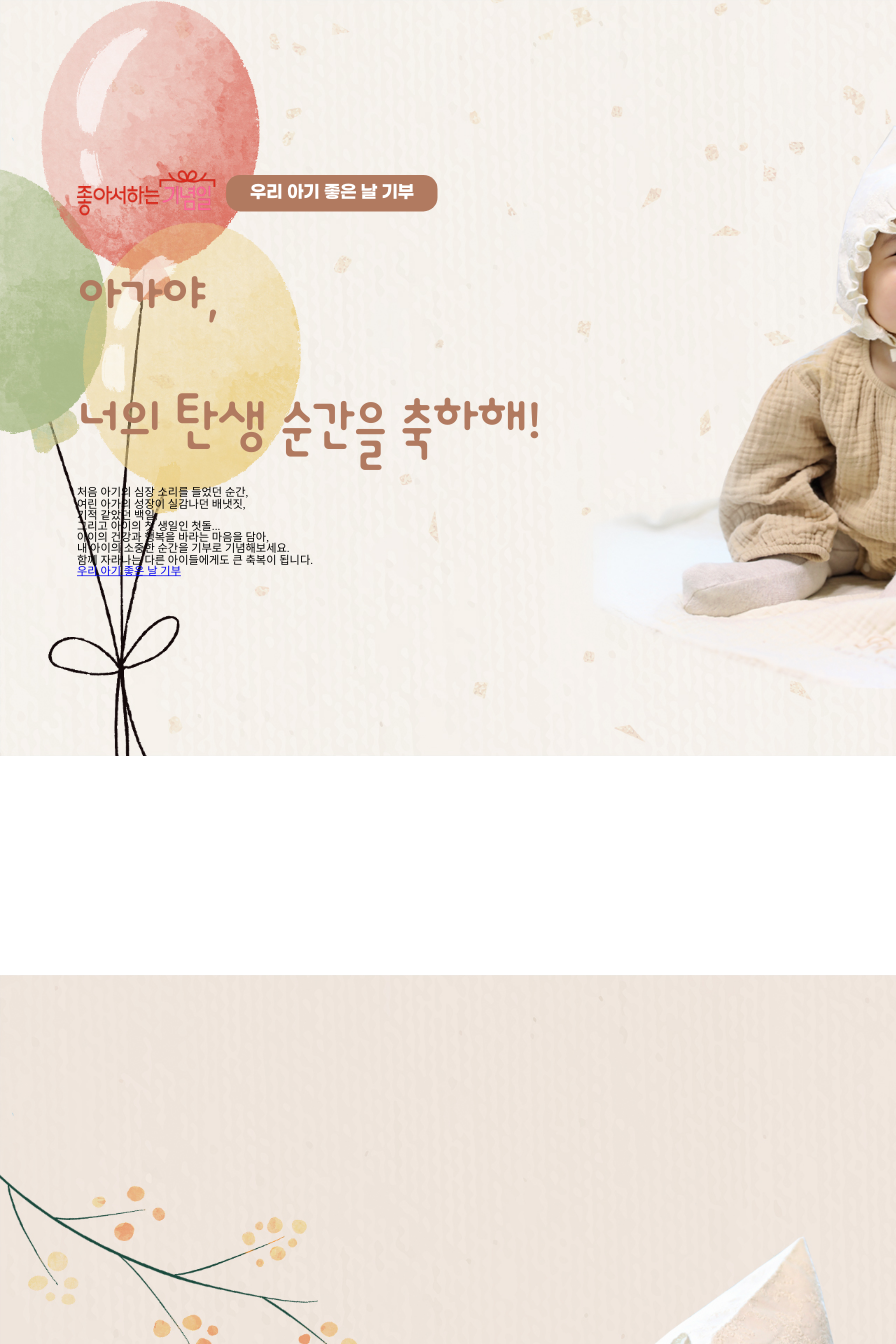
Repository: dlgywls1130/save_the_children
Page: index.html
The author's editor kept a copy of each file at every save. The page is drawn from the files as they stood at one save, then again after the next save.
The browser window is 1280 px wide. The pictures show the part of the page from y = 0 to 1920 px (the page is 5153 px tall), at 70% of full size.

Above is the page before, as saved 2023-12-12 20:55:27.

### index.html
<!DOCTYPE html>
<html lang="en">
<head>
    <meta charset="UTF-8">
    <meta name="viewport" content="width=device-width, initial-scale=1.0">
    <title>세이브더칠드런</title>

    <link rel="stylesheet" href="./css/reset.css">
    <link rel="stylesheet" href="./css/style.css">
</head>
<body>
    <div class="content_body">
        <section class="section_wrapper section01">
            <div class="se01 se_wrapper">
                <div class="se01_sub">
                    <div class="sub_logo">
                        <img src="./img/logo01.png" alt="logo">
                    </div>
                    <p>우리 아기 좋은 날 기부</p>
                </div>
                <div class="seo01_title">
                    아가야,<br>
                    너의 <span>탄생</span> 순간을 축하해!
                </div>
                <p class="section_descript">
                    처음 아기의 심장 소리를 들었던 순간,
                    <br>여린 아가의 성장이 실감나던 배냇짓,
                    <br>기적 같았던 백일,
                    <br>그리고 아이의 첫 생일인 첫돌...
                </p>
                <p class="section_descript">
                    아이의 건강과 행복을 바라는 마음을 담아,
                    <br>내 아이의 소중한 순간을 기부로 기념해보세요.
                    <br>함께 자라나는 다른 아이들에게도 큰 축복이 됩니다.
                </p>

                <a href="javascript:void(0)">우리 아기 좋은 날 기부</a>
            </div>
        </section>
        <section class="section_wrapper section02">
            <div class="se02 se_wrapper">

            </div>
        </section>
        <section class="section_wrapper section03">

        </section>
        <section class="section_wrapper section04">

        </section>
        <section class="section_wrapper section05">

        </section>
        <section class="section_wrapper section06">

        </section>
        <section class="section_wrapper section07">

        </section>
        <section class="section_wrapper section08">

        </section>
    </div>
</body>
</html>

### css/reset.css


html, body, div, span, applet, object, iframe,
h1, h2, h3, h4, h5, h6, p, blockquote, pre,
a, abbr, acronym, address, big, cite, code,
del, dfn, em, img, ins, kbd, q, s, samp,
small, strike, strong, sub, sup, tt, var,
b, u, i, center,
dl, dt, dd, ol, ul, li,
fieldset, form, label, legend,
table, caption, tbody, tfoot, thead, tr, th, td,
article, aside, canvas, details, embed,
figure, figcaption, footer, header, hgroup,
menu, nav, output, ruby, section, summary,
time, mark, audio, video {
	margin: 0;
	padding: 0;
	border: 0;
	font-size: 100%;
	font: inherit;
	vertical-align: baseline;
}

article, aside, details, figcaption, figure,
footer, header, hgroup, menu, nav, section {
	display: block;
}
body {
	line-height: 1;
}
ol, ul {
	list-style: none;
}
blockquote, q {
	quotes: none;
}
blockquote:before, blockquote:after,
q:before, q:after {
	content: '';
	content: none;
}
table {
	border-collapse: collapse;
	border-spacing: 0;
}

### css/style.css

/* root */
:root{
    --main-color:#B17A60;
}


/* font */

/* dongle */
@font-face {
    font-family: 'Dongle';
    font-weight: 300;
    src: url('../font/Dongle-Light.ttf') format('ttf'),
    url('../font/Dongle-Light.woff') format('woff');
}

@font-face {
    font-family: 'Dongle';
    font-weight: 500;
    src: url('../font/Dongle-Regular.ttf') format('ttf'),
    url('../font/Dongle-Regular.woff') format('woff');
}

@font-face {
    font-family: 'Dongle';
    font-weight: 700;
    src: url('../font/Dongle-Bold.ttf') format('ttf'),
    url('../font/Dongle-Bold.woff') format('woff');
}


/* Gmarket */
@font-face {
    font-family: 'GmarketSans';
    font-weight: 300;
    src: url('../font/GmarketSansLight.ttf') format('ttf'),
    url('../font/GmarketSansLight.woff') format('woff');
}

@font-face {
    font-family: 'GmarketSans';
    font-weight: 500;
    src: url('../font/GmarketSansMedium.ttf') format('ttf'),
    url('../font/GmarketSansMedium.woff') format('woff');
}

@font-face {
    font-family: 'GmarketSans';
    font-weight: 700;
    src: url('../font/GmarketSansBold.ttf') format('ttf'),
    url('../font/GmarketSansBold.woff') format('woff');
}


/* nanumsqure */

@font-face {
    font-family: 'NanumSquare';
    font-weight: 400;
    src: url('../font/NanumSquareL.ttf') format('ttf'),
    url('../font/NanumSquareL.woff') format('woff');
}

@font-face {
    font-family: 'NanumSquare';
    font-weight: 500;
    src: url('../font/NanumSquareR.ttf') format('ttf'),
    url('../font/NanumSquareR.woff') format('woff');
}

@font-face {
    font-family: 'NanumSquare';
    font-weight: 600;
    src: url('../font/NanumSquareB.ttf') format('ttf'),
    url('../font/NanumSquareB.woff') format('woff');
}

@font-face {
    font-family: 'NanumSquare';
    font-weight: 700;
    src: url('../font/NanumSquareEB.ttf') format('ttf'),
    url('../font/NanumSquareEB.woff') format('woff');
}



/* scdream5 */
@font-face {
    font-family: 'SCDream5';
    src: url('../font/SCDream5.woff') format('woff'),
    url('../font/SCDream5.ttf') format('ttf'),
    url('../font/SCDream5.otf') format('otf');
}


.section_wrapper{
    max-width:1920px;
    width: 100%;

}

.se_wrapper{
    max-width: 1060px;
    margin: 0 auto;
    width: 100%;
}


/* section01 */


.section01{
    height: 1080px;
    padding: 243px 0 70px;
    background: url('../img/back01.jpg') no-repeat;
}

.se01_sub{
    display: flex;
    align-items: center;
    margin-bottom: 40px;
}

.sub_logo{
    width: 198px;
    height: 65px;
    margin-right: 15px;
}

.sub_logo img{
    width: 100%;
    height: 100%;
}

.se01_sub p{
    width: 302px;
    height: 52px;
    background: #B17A60;
    border-radius: 20px;
    display: flex;
    align-items: center;
    justify-content: center;
    letter-spacing: -0.03em;
    font-size: 25px;
    font-weight: 700;
    font-family: 'GmarketSans',sans-serif;
    color: #fff;
}

.seo01_title{
    font-family: 'Dongle',sans-serif;
    font-weight: 500;
    font-size: 120px;
    color: var(--main-color);
    line-height: 174px;
    letter-spacing: -0.03em;
}

/* section02 */

.section02{
    height: 1340px;
    background: url('../img/back03.jpg') no-repeat;
}

/* section03 */

.section03{
    height: 1340px;
    background: url('../img/back04.jpg') no-repeat;
}

/* section04 */

.section04{
    height: 1080px;

}

/* section05 */

/* section06 */

/* section07 */

/* section08 */

After the next save:
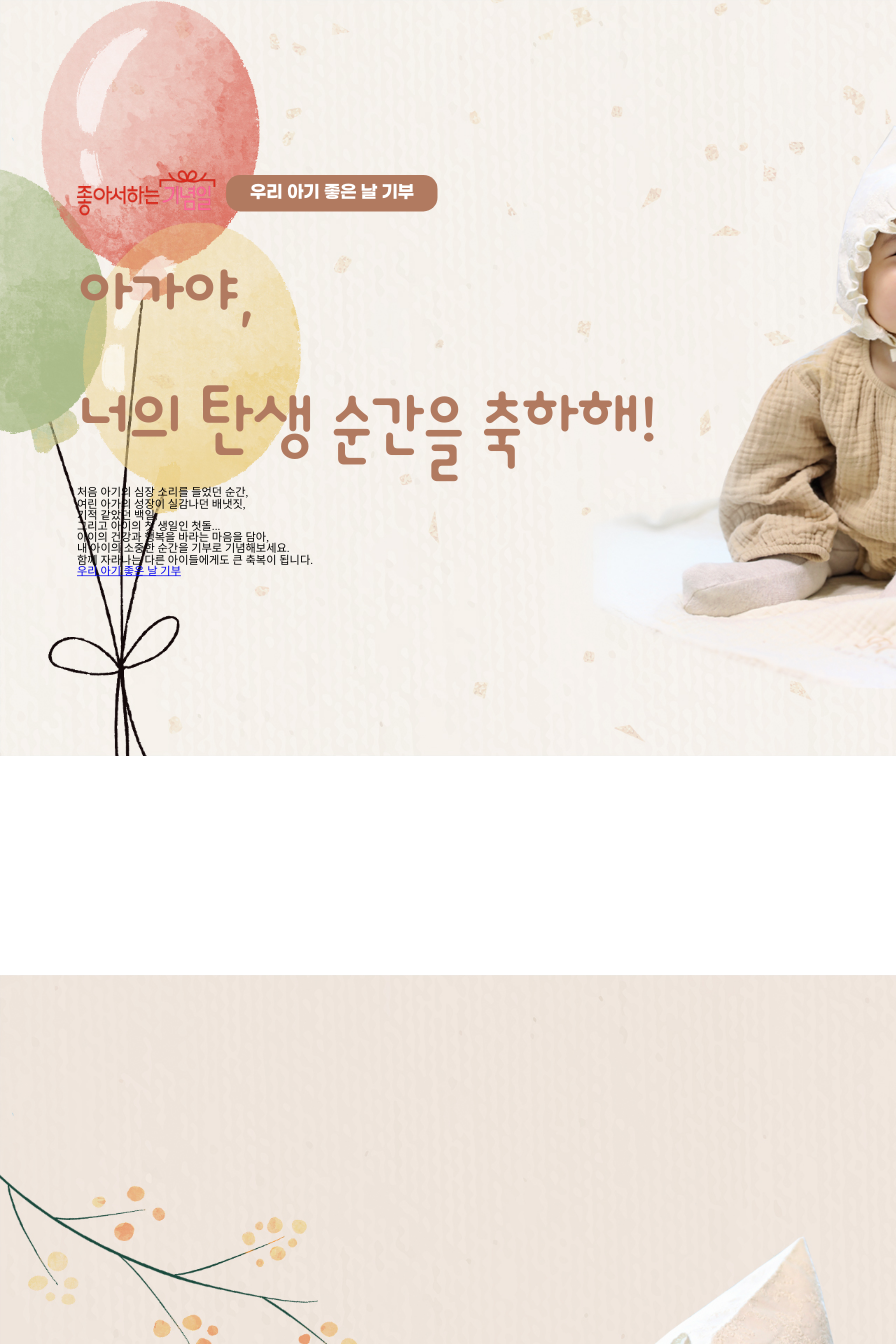
Saved 6 min 5 s later.
--- a/css/style.css
+++ b/css/style.css
@@ -151,7 +151,7 @@
 .seo01_title{
     font-family: 'Dongle',sans-serif;
     font-weight: 500;
-    font-size: 120px;
+    font-size: 150px;
     color: var(--main-color);
     line-height: 174px;
     letter-spacing: -0.03em;
